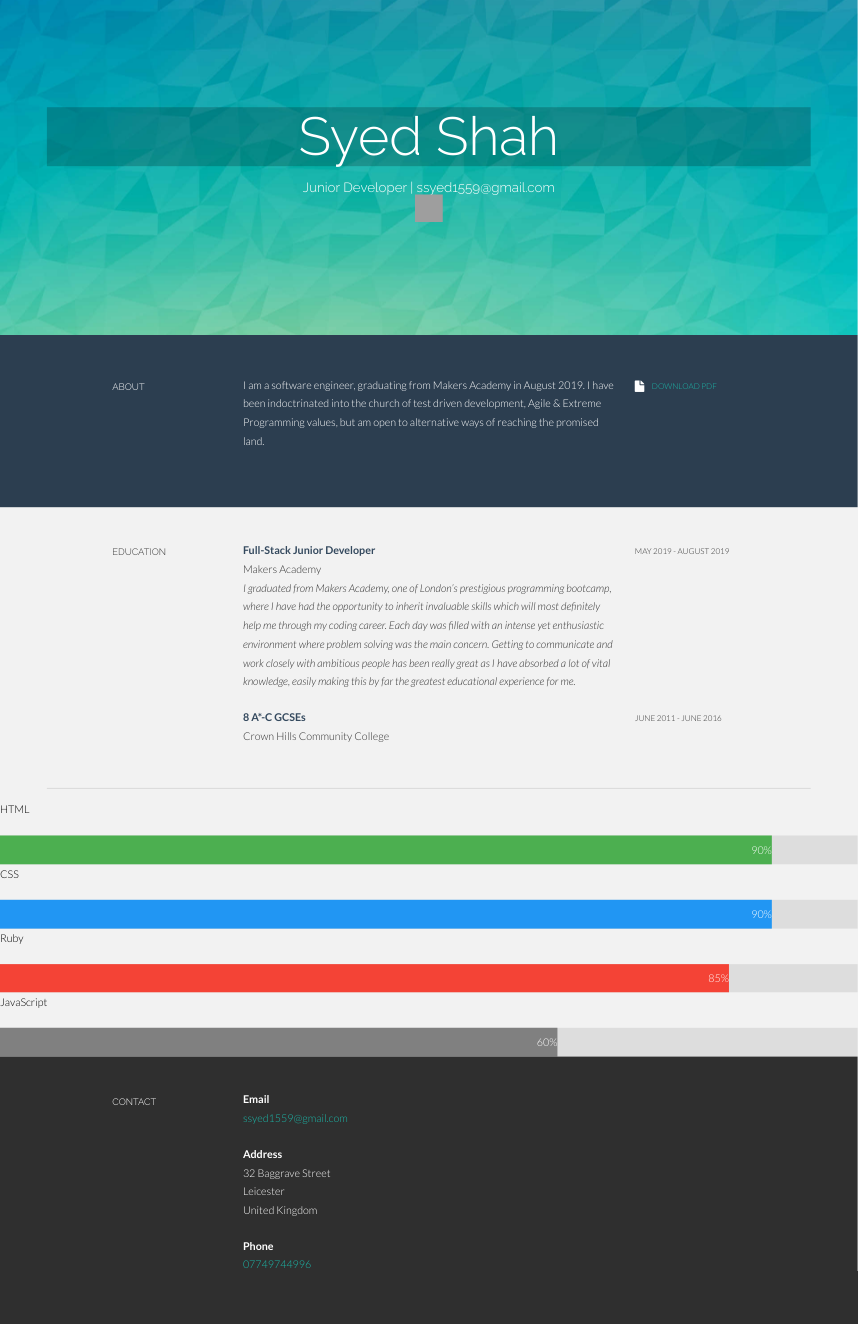
Repository: Syed-A-Shah/Resume
Page: index.html
The author's editor kept a record of every edit. The page is drawn from the files as they stood at one moment, then again after the next edit.
The browser window is 1280 px wide. The pictures show the whole page, at 67% of full size.
Pictures or frames that could not be fetched are drawn as grey boxes.

Above is the page before.

After the next edit:
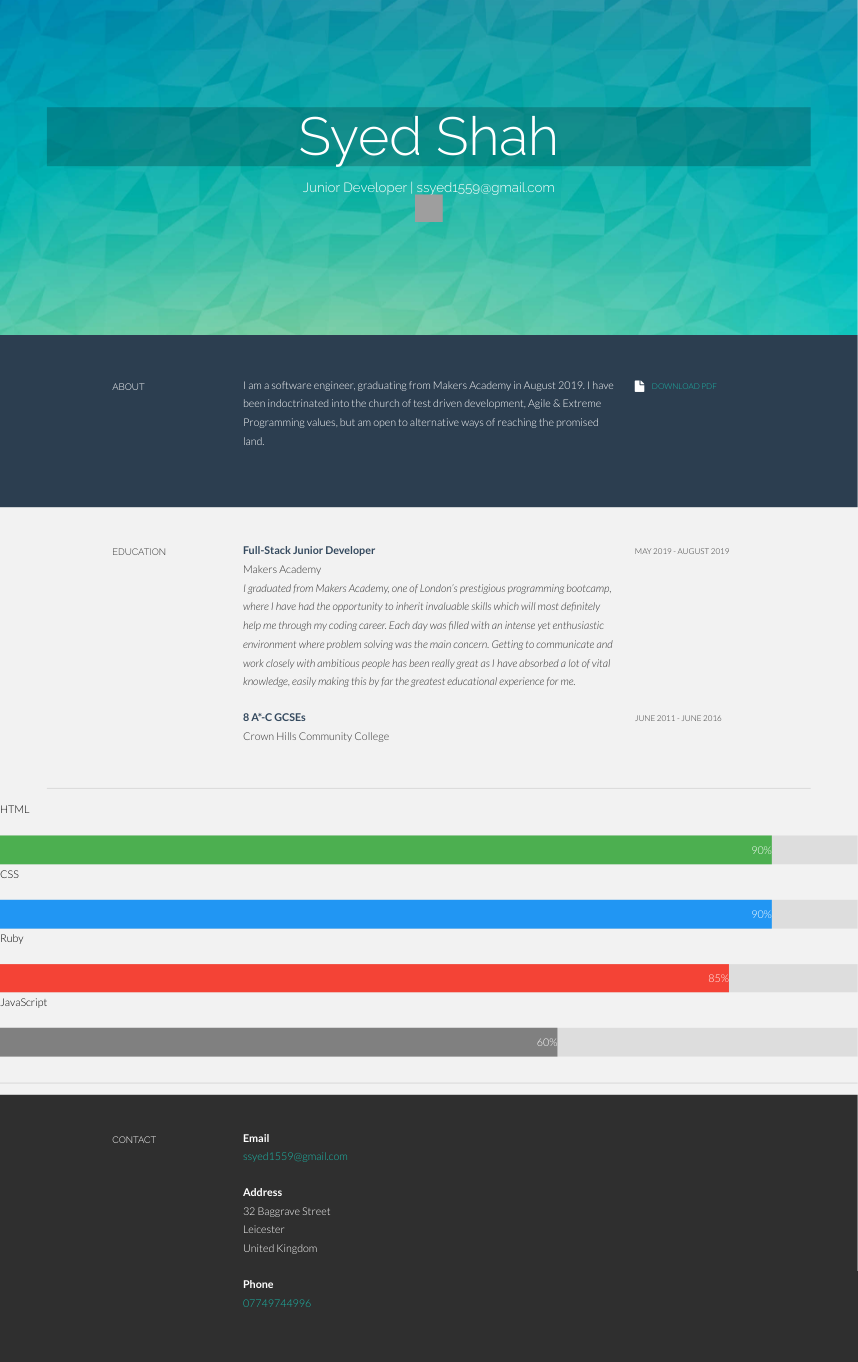
The edit:
--- a/index.html
+++ b/index.html
@@ -156,9 +156,9 @@
 	<!--				GOTHAM CITY, USA</sm></p>-->
 	<!--			</div>-->
 	<!--	</div><!--/.row -->
-	<!--	<br>-->
-	<!--	<hr>-->
-	<!--</div><!--/.container -->
+		<br>
+		<hr>
+	</div><!--/.container
 
 	<section id="contact" name="contact"></section>
 		<!--FOOTER DESCRIPTION -->
